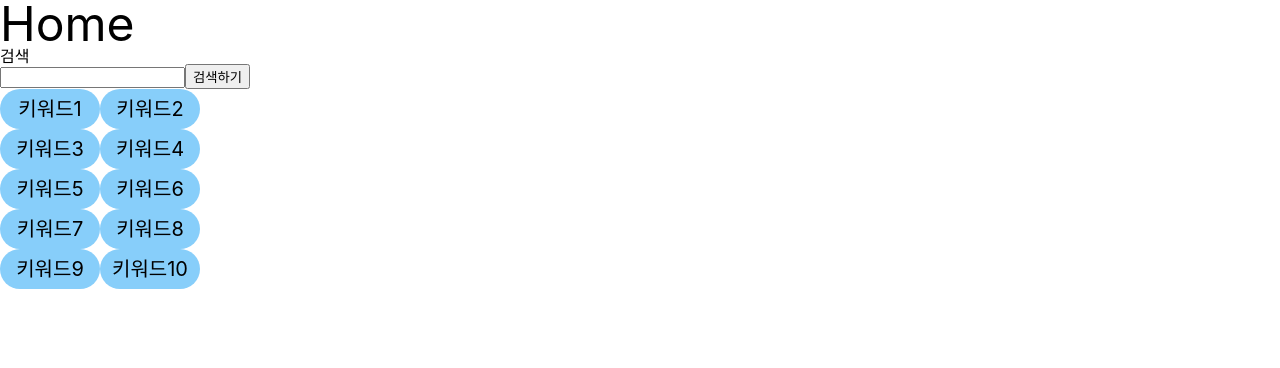
Repository: sunoo-lee/Star-Explore
Page: /
These files come from the project's save history. The page is drawn as it stood at one moment and after the next save; the edit follows.
The browser window is 1280 px wide. The pictures show the whole page.
The project was rebuilt for these pictures with package versions that can differ from the ones it lists, and the page was loaded fresh each time.

Above is the page before, as saved 2022-10-14 03:21:25.

After the next save:
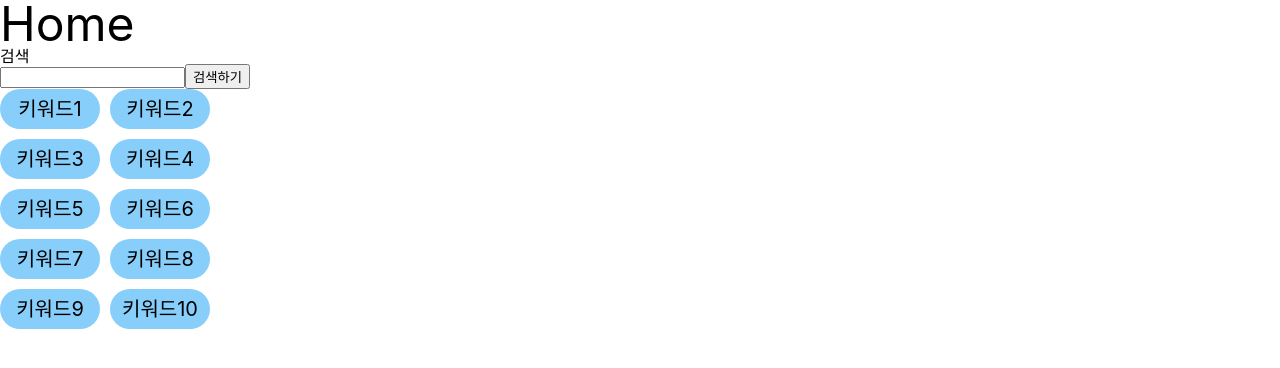
Saved 27 s later.
--- a/src/Style.css
+++ b/src/Style.css
@@ -18,6 +18,7 @@ h1 {
 .keyword ul {
   display: grid;
   grid-template-columns: 100px 100px;
+  gap: 10px;
 }
 .keyword ul li {
   /* margin: 10px; */
